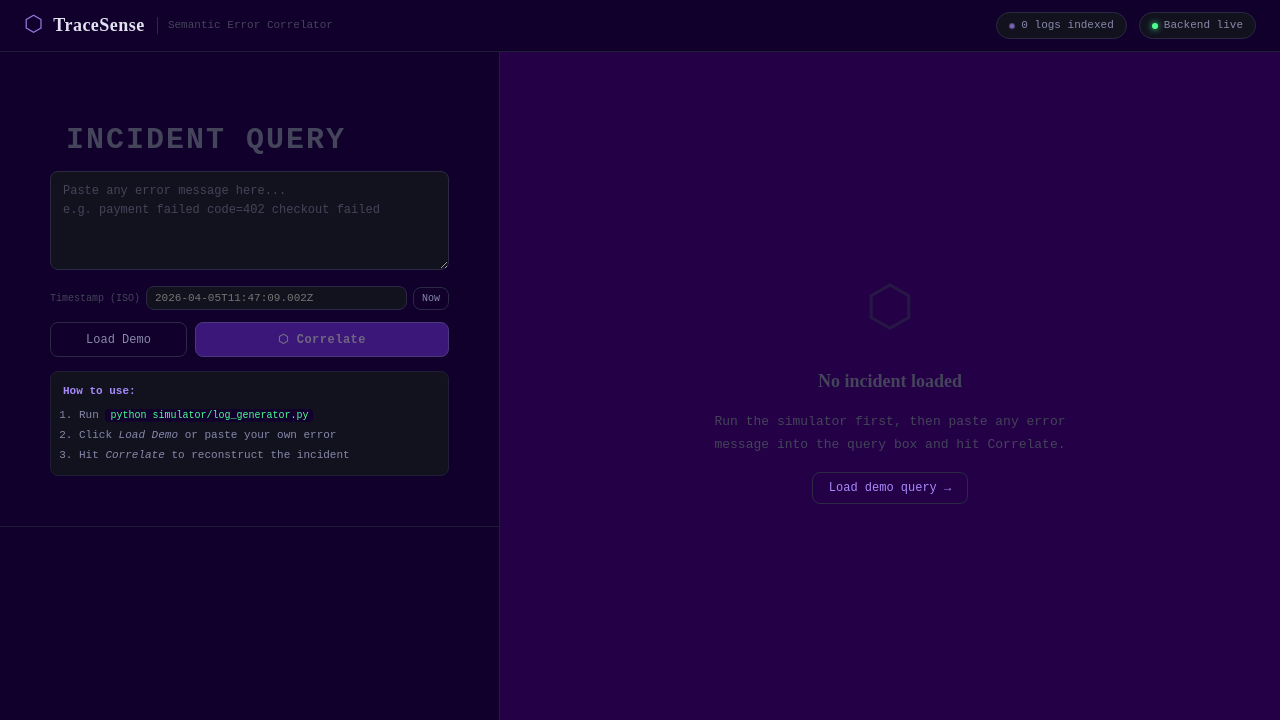
Repository: SaranyaM15/AI_Engineer_Journey
Page: / (app in tracesense/frontend/)
The author's editor kept a copy of each file at every save. The page is drawn from the files as they stood at one save, then again after the next save.
The browser window is 1280 px wide. The pictures show the whole page.
The page's requests for data from a server got no answer. Some web fonts or font styles are not loaded; a fallback is used. The project was rebuilt for these pictures with package versions that can differ from the ones it lists, and the page was loaded fresh each time. No one was signed in, and anything a server would have sent is missing. Also part of the build but not shown: tracesense/frontend/vite.config.js, tracesense/frontend/src/components/Timeline.jsx, tracesense/frontend/src/components/LogFeed.jsx.

Above is the page before, as saved 2026-04-05 18:51:52.

### tracesense/frontend/src/index.css
*, *::before, *::after {
  box-sizing: border-box;
  margin: 0;
  padding: 0;
}

html, body, #root {
  height: 100%;
  overflow: hidden;
}

### tracesense/frontend/src/App.jsx
import { useState, useEffect } from "react";
import axios from "axios";
import Timeline from "./components/Timeline";
import QueryPanel from "./components/QueryPanel";
import LogFeed from "./components/LogFeed";
import "./App.css";

const API = "http://localhost:8000";

export default function App() {
  const [query, setQuery] = useState("");
  const [timestamp, setTimestamp] = useState("");
  const [cluster, setCluster] = useState(null);
  const [loading, setLoading] = useState(false);
  const [logCount, setLogCount] = useState(0);
  const [error, setError] = useState(null);
  const [simulatorRunning, setSimulatorRunning] = useState(false);

  useEffect(() => {
    fetchLogCount();
    const interval = setInterval(fetchLogCount, 5000);
    return () => clearInterval(interval);
  }, []);

  async function fetchLogCount() {
    try {
      const res = await axios.get(`${API}/logs/count`);
      setLogCount(res.data.total_logs_stored);
    } catch {
      // backend not reachable yet
    }
  }

  async function runCorrelation() {
    if (!query.trim()) return;
    setLoading(true);
    setError(null);
    setCluster(null);

    const ts = timestamp || new Date().toISOString();

    try {
      const res = await axios.post(`${API}/correlate`, {
        message: query,
        timestamp: ts,
      });
      setCluster(res.data);
    } catch (e) {
      setError("Could not reach backend. Make sure uvicorn is running on :8000");
    } finally {
      setLoading(false);
    }
  }

  function handleDemo() {
    setQuery("payment failed code=402 checkout failed");
    setTimestamp("2026-04-05T11:47:09.002Z");
  }

  return (
    <div className="app">
      {/* Top Bar */}
      <header className="topbar">
        <div className="topbar-left">
          <span className="logo-icon">⬡</span>
          <span className="logo-text">TraceSense</span>
          <span className="logo-sub">Semantic Error Correlator</span>
        </div>
        <div className="topbar-right">
          <div className="stat-pill">
            <span className="stat-dot pulse" />
            <span>{logCount.toLocaleString()} logs indexed</span>
          </div>
          <div className="status-pill">
            <span className="status-dot" />
            <span>Backend live</span>
          </div>
        </div>
      </header>

      <div className="layout">
        {/* Left Panel */}
        <aside className="left-panel">
          <QueryPanel
            query={query}
            setQuery={setQuery}
            timestamp={timestamp}
            setTimestamp={setTimestamp}
            onCorrelate={runCorrelation}
            onDemo={handleDemo}
            loading={loading}
          />
          {cluster && (
            <LogFeed cluster={cluster} />
          )}
        </aside>

        {/* Main Timeline */}
        <main className="main-panel">
          {!cluster && !loading && (
            <div className="empty-state">
              <div className="empty-icon">⬡</div>
              <h2>No incident loaded</h2>
              <p>
                Run the simulator first, then paste any error message into
                the query box and hit Correlate.
              </p>
              <button className="demo-hint" onClick={handleDemo}>
                Load demo query →
              </button>
            </div>
          )}
          {loading && (
            <div className="empty-state">
              <div className="spinner" />
              <p>Correlating across services...</p>
            </div>
          )}
          {error && (
            <div className="empty-state error-state">
              <p>{error}</p>
            </div>
          )}
          {cluster && !loading && (
            <Timeline cluster={cluster} />
          )}
        </main>
      </div>
    </div>
  );
}

### tracesense/frontend/src/components/QueryPanel.jsx
export default function QueryPanel({
  query, setQuery, timestamp, setTimestamp,
  onCorrelate, onDemo, loading
}) {
  return (
    <div className="query-panel">
      <div className="panel-label">INCIDENT QUERY</div>

      <textarea
        className="query-input"
        placeholder="Paste any error message here...&#10;e.g. payment failed code=402 checkout failed"
        value={query}
        onChange={e => setQuery(e.target.value)}
        rows={4}
      />

      <div className="ts-row">
        <label className="ts-label">Timestamp (ISO)</label>
        <input
          className="ts-input"
          placeholder="2026-04-05T11:47:09.002Z"
          value={timestamp}
          onChange={e => setTimestamp(e.target.value)}
        />
        <button
          className="now-btn"
          onClick={() => setTimestamp(new Date().toISOString())}
        >
          Now
        </button>
      </div>

      <div className="btn-row">
        <button className="demo-btn" onClick={onDemo}>
          Load Demo
        </button>
        <button
          className="correlate-btn"
          onClick={onCorrelate}
          disabled={loading || !query.trim()}
        >
          {loading ? "Correlating..." : "⬡ Correlate"}
        </button>
      </div>

      <div className="hint-box">
        <strong>How to use:</strong>
        <ol>
          <li>Run <code>python simulator/log_generator.py</code></li>
          <li>Click <em>Load Demo</em> or paste your own error</li>
          <li>Hit <em>Correlate</em> to reconstruct the incident</li>
        </ol>
      </div>
    </div>
  );
}

### tracesense/frontend/src/App.css
@import url('https://fonts.googleapis.com/css2?family=Boldonse&family=JetBrains+Mono:wght@400;500;700&display=swap');

/* ── Variables ── */
:root {
  --bg:         #240046;
  --bg2:        #10002B;
  --bg3:        #12121f;
  --border:     #1e1e35;
  --border2:    #2a2a45;
  --accent:     #a78bfa;
  --accent2:    #7c3aed;
  --text:       #e2e2f0;
  --text2:      #8888aa;
  --text3:      #44445a;
  --mono:       '', monospace;
  --display: 'Boldonse', cursive;
  --error:      #ff4d4d;
  --warn:       #f5a623;
  --info:       #4dff91;
  --radius:     8px;
}

/* ── Reset ── */
*, *::before, *::after { box-sizing: border-box; margin: 0; padding: 0; }

body {
  background:  var(--bg);
  color:       var(--text);
  font-family: var(--mono);
  font-size:   13px;
  line-height: 1.5;
  overflow:    hidden;
  height:      100vh;
}

#root { height: 100vh; display: flex; flex-direction: column; }

/* ── App Layout ── */
.app {
  display:        flex;
  flex-direction: column;
  height:         100vh;
  overflow:       hidden;
}

/* ── Topbar ── */
.topbar {
  display:         flex;
  align-items:     center;
  justify-content: space-between;
  padding:         0 24px;
  height:          52px;
  background:      var(--bg2);
  border-bottom:   1px solid var(--border);
  flex-shrink:     0;
}

.topbar-left {
  display:     flex;
  align-items: center;
  gap:         10px;
}

.logo-icon {
  color:       var(--accent);
  font-size:   22px;
  line-height: 1;
  animation:   pulse-icon 3s ease-in-out infinite;
}

@keyframes pulse-icon {
  0%, 100% { opacity: 1; }
  50%       { opacity: 0.5; }
}

.logo-text {
  font-family: var(--display);
  font-weight: 800;
  font-size:   18px;
  letter-spacing: 0.5px;
  color:       var(--text);
}

.logo-sub {
  color:       var(--text3);
  font-size:   11px;
  border-left: 1px solid var(--border2);
  padding-left: 10px;
  margin-left:  2px;
}

.topbar-right {
  display:     flex;
  align-items: center;
  gap:         12px;
}

.stat-pill, .status-pill {
  display:       flex;
  align-items:   center;
  gap:           6px;
  padding:       4px 12px;
  border-radius: 20px;
  border:        1px solid var(--border2);
  background:    var(--bg3);
  font-size:     11px;
  color:         var(--text2);
}

.stat-dot {
  width:         6px;
  height:        6px;
  border-radius: 50%;
  background:    var(--accent);
}

.stat-dot.pulse {
  animation: dot-pulse 2s ease-in-out infinite;
}

@keyframes dot-pulse {
  0%, 100% { opacity: 1; transform: scale(1); }
  50%       { opacity: 0.4; transform: scale(0.8); }
}

.status-dot {
  width:         6px;
  height:        6px;
  border-radius: 50%;
  background:    var(--info);
  box-shadow:    0 0 6px var(--info);
}

/* ── Main Layout ── */
.layout {
  display:  flex;
  flex:     1;
  overflow: hidden;
}

/* ── Left Panel ── */
.left-panel {
  width:        500px;
  flex-shrink:  0;
  background:   var(--bg2);
  border-right: 1px solid var(--border);
  display:      flex;
  flex-direction: column;
  overflow:     hidden;
}

.panel-label {
  font-size:      30px;
  letter-spacing: 2px;
  color:          var(--text3);
  font-weight:    700;
  padding:        16px 16px 8px;
  display:        flex;
  align-items:    center;
  gap:            8px;
}

.count-badge {
  background:    var(--accent2);
  color:         white;
  border-radius: 10px;
  padding:       1px 7px;
  font-size:     10px;
}

/* ── Query Panel ── */
.query-panel {
  padding:     50px;
  border-bottom: 1px solid var(--border);
  flex-shrink: 0;
}

.query-input {
  width:        100%;
  background:   var(--bg3);
  border:       1px solid var(--border2);
  border-radius: var(--radius);
  color:        var(--text);
  font-family:  var(--mono);
  font-size:    12px;
  padding:      10px 12px;
  resize:       vertical;
  outline:      none;
  transition:   border-color 0.2s;
  line-height:  1.6;
}

.query-input:focus {
  border-color: var(--accent);
}

.query-input::placeholder { color: var(--text3); }

.ts-row {
  display:     flex;
  align-items: center;
  gap:         6px;
  margin-top:  10px;
}

.ts-label {
  font-size:   10px;
  color:       var(--text3);
  white-space: nowrap;
}

.ts-input {
  flex:         1;
  background:   var(--bg3);
  border:       1px solid var(--border2);
  border-radius: var(--radius);
  color:        var(--text2);
  font-family:  var(--mono);
  font-size:    11px;
  padding:      5px 8px;
  outline:      none;
  min-width:    0;
}

.ts-input:focus { border-color: var(--accent); }

.now-btn {
  background:    transparent;
  border:        1px solid var(--border2);
  border-radius: var(--radius);
  color:         var(--text2);
  font-family:   var(--mono);
  font-size:     10px;
  padding:       5px 8px;
  cursor:        pointer;
  white-space:   nowrap;
  transition:    all 0.15s;
}

.now-btn:hover {
  border-color: var(--accent);
  color:        var(--accent);
}

.btn-row {
  display:    flex;
  gap:        8px;
  margin-top: 12px;
}

.demo-btn {
  flex:          1;
  background:    transparent;
  border:        1px solid var(--border2);
  border-radius: var(--radius);
  color:         var(--text2);
  font-family:   var(--mono);
  font-size:     12px;
  padding:       9px;
  cursor:        pointer;
  transition:    all 0.15s;
}

.demo-btn:hover {
  border-color: var(--accent);
  color:        var(--accent);
}

.correlate-btn {
  flex:          2;
  background:    var(--accent2);
  border:        1px solid var(--accent);
  border-radius: var(--radius);
  color:         white;
  font-family:   var(--mono);
  font-size:     12px;
  font-weight:   700;
  padding:       9px;
  cursor:        pointer;
  transition:    all 0.15s;
  letter-spacing: 0.5px;
}

.correlate-btn:hover:not(:disabled) {
  background: var(--accent);
  box-shadow: 0 0 20px var(--accent2);
}

.correlate-btn:disabled {
  opacity: 0.4;
  cursor: not-allowed;
}

.hint-box {
  margin-top:    14px;
  background:    var(--bg3);
  border:        1px solid var(--border);
  border-radius: var(--radius);
  padding:       10px 12px;
  font-size:     11px;
  color:         var(--text2);
  line-height:   1.8;
}

.hint-box strong { color: var(--accent); }
.hint-box ol { padding-left: 16px; margin-top: 4px; }
.hint-box code {
  background:    var(--bg2);
  padding:       1px 5px;
  border-radius: 4px;
  color:         var(--info);
  font-size:     10px;
}

/* ── Log Feed ── */
.log-feed {
  flex:      1;
  overflow:  hidden;
  display:   flex;
  flex-direction: column;
}

.log-list {
  flex:       1;
  overflow-y: auto;
  padding:    8px;
  display:    flex;
  flex-direction: column;
  gap:        6px;
}

.log-list::-webkit-scrollbar { width: 4px; }
.log-list::-webkit-scrollbar-track { background: transparent; }
.log-list::-webkit-scrollbar-thumb { background: var(--border2); border-radius: 2px; }

.log-card {
  background:    var(--bg3);
  border:        1px solid var(--border);
  border-radius: var(--radius);
  padding:       10px;
  transition:    border-color 0.15s;
  animation:     slide-in 0.3s ease both;
}

@keyframes slide-in {
  from { opacity: 0; transform: translateX(-10px); }
  to   { opacity: 1; transform: translateX(0); }
}

.log-card:hover { border-color: var(--border2); }

.log-card-top {
  display:     flex;
  align-items: center;
  gap:         6px;
  margin-bottom: 5px;
}

.log-icon   { font-size: 14px; }
.log-level  { font-size: 10px; font-weight: 700; letter-spacing: 1px; }
.log-service { flex: 1; font-size: 11px; color: var(--text2); }
.log-score  { font-size: 11px; color: var(--accent); font-weight: 700; }

.log-message {
  font-size:   11px;
  color:       var(--text);
  line-height: 1.5;
  word-break:  break-word;
  margin-bottom: 6px;
}

.log-meta {
  display:         flex;
  justify-content: space-between;
  align-items:     center;
  font-size:       10px;
  color:           var(--text3);
}

.score-bars {
  display: flex;
  gap:     8px;
}

.score-bars span { color: var(--text3); }

.conf-bar-bg {
  height:        2px;
  background:    var(--border);
  border-radius: 1px;
  margin-top:    6px;
  overflow:      hidden;
}

.conf-bar-fill {
  height:     100%;
  background: linear-gradient(90deg, var(--accent2), var(--accent));
  border-radius: 1px;
  transition: width 0.5s ease;
}

/* ── Main Panel ── */
.main-panel {
  flex:       1;
  overflow-y: auto;
  padding:    24px;
}

.main-panel::-webkit-scrollbar { width: 5px; }
.main-panel::-webkit-scrollbar-track { background: transparent; }
.main-panel::-webkit-scrollbar-thumb { background: var(--border2); border-radius: 3px; }

/* ── Empty State ── */
.empty-state {
  display:         flex;
  flex-direction:  column;
  align-items:     center;
  justify-content: center;
  height:          100%;
  gap:             16px;
  text-align:      center;
  color:           var(--text2);
  animation:       fade-in 0.4s ease;
}

@keyframes fade-in {
  from { opacity: 0; }
  to   { opacity: 1; }
}

.empty-icon {
  font-size:  56px;
  color:      var(--border2);
  animation:  pulse-icon 4s ease-in-out infinite;
}

.empty-state h2 {
  font-family: var(--display);
  font-weight: 600;
  color:       var(--text3);
  font-size:   18px;
}

.empty-state p {
  max-width:  380px;
  color:      var(--text3);
  font-size:  13px;
  line-height: 1.7;
}

.demo-hint {
  background:    transparent;
  border:        1px solid var(--border2);
  border-radius: var(--radius);
  color:         var(--accent);
  font-family:   var(--mono);
  font-size:     12px;
  padding:       8px 16px;
  cursor:        pointer;
  transition:    all 0.15s;
}

.demo-hint:hover {
  border-color: var(--accent);
  box-shadow:   0 0 14px var(--accent2);
}

.error-state { color: var(--error); }

/* ── Spinner ── */
.spinner {
  width:         36px;
  height:        36px;
  border:        3px solid var(--border2);
  border-top:    3px solid var(--accent);
  border-radius: 50%;
  animation:     spin 0.8s linear infinite;
}

@keyframes spin {
  to { transform: rotate(360deg); }
}

/* ── Timeline ── */
.timeline-wrap {
  display:        flex;
  flex-direction: column;
  gap:            20px;
  animation:      fade-in 0.4s ease;
}

.timeline-header {
  border-bottom: 1px solid var(--border);
  padding-bottom: 16px;
}

.tl-title {
  font-family: var(--display);
  font-weight: 700;
  font-size:   20px;
  color:       var(--text);
  display:     flex;
  align-items: center;
  gap:         12px;
  margin-bottom: 6px;
}

.tl-badge {
  font-family:   var(--mono);
  font-size:     11px;
  font-weight:   400;
  background:    var(--accent2);
  color:         white;
  padding:       2px 10px;
  border-radius: 10px;
}

.tl-query {
  font-size:  12px;
  color:      var(--text3);
}

.tl-query em {
  color:      var(--accent);
  font-style: normal;
}

/* ── Swim Lanes ── */
.swim-container {
  display:        flex;
  flex-direction: column;
  gap:            0;
}

.swim-lane {
  display:     flex;
  align-items: stretch;
  min-height:  80px;
  border-bottom: 1px solid var(--border);
}

.swim-lane:last-child { border-bottom: none; }

.lane-label {
  width:          160px;
  flex-shrink:    0;
  display:        flex;
  align-items:    center;
  gap:            8px;
  padding:        16px 12px;
  border-left:    3px solid transparent;
  font-size:      11px;
  color:          var(--text2);
  background:     var(--bg2);
}

.lane-dot {
  width:         8px;
  height:        8px;
  border-radius: 50%;
  flex-shrink:   0;
}

.lane-track {
  flex:       1;
  position:   relative;
  padding:    16px 20px;
  display:    flex;
  flex-direction: column;
  gap:        10px;
}

.lane-line {
  position:     absolute;
  left:         0;
  right:        0;
  top:          50%;
  height:       1px;
  border-top:   1px dashed;
  pointer-events: none;
  z-index:      0;
}

.lane-event {
  display:     flex;
  align-items: flex-start;
  gap:         12px;
  position:    relative;
  z-index:     1;
}

.event-dot {
  width:         14px;
  height:        14px;
  border-radius: 50%;
  border:        2px solid;
  flex-shrink:   0;
  margin-top:    3px;
  cursor:        pointer;
  transition:    transform 0.15s;
}

.event-dot:hover { transform: scale(1.4); }

.event-card {
  background:    var(--bg3);
  border:        1px solid var(--border);
  border-left:   3px solid;
  border-radius: var(--radius);
  padding:       8px 12px;
  flex:          1;
  animation:     slide-in 0.3s ease both;
}

.event-card-top {
  display:     flex;
  align-items: center;
  gap:         8px;
  margin-bottom: 4px;
}

.event-level {
  font-size:      10px;
  font-weight:    700;
  letter-spacing: 1px;
}

.event-time  { font-size: 10px; color: var(--text3); }
.event-score { font-size: 10px; color: var(--accent); margin-left: auto; }

.event-message {
  font-size:  11px;
  color:      var(--text);
  word-break: break-word;
  line-height: 1.5;
}

/* ── Root Cause Banner ── */
.root-cause-banner {
  display:       flex;
  align-items:   center;
  gap:           12px;
  background:    linear-gradient(135deg, #1a0a2e, #0d0d1a);
  border:        1px solid var(--accent2);
  border-radius: var(--radius);
  padding:       12px 18px;
  font-size:     12px;
  box-shadow:    0 0 24px #7c3aed22;
}

.rc-label {
  color:          var(--accent);
  font-weight:    700;
  letter-spacing: 1px;
  font-size:      10px;
  white-space:    nowrap;
}

.rc-service {
  background:    var(--accent2);
  color:         white;
  padding:       2px 10px;
  border-radius: 10px;
  font-size:     11px;
  white-space:   nowrap;
}

.rc-message {
  flex:      1;
  color:     var(--text2);
  font-size: 11px;
  overflow:  hidden;
  text-overflow: ellipsis;
  white-space:   nowrap;
}

.rc-time {
  color:      var(--text3);
  font-size:  11px;
  white-space: nowrap;
}

/* ── Canvas ── */
.connector-canvas {
  z-index: 2;
}

Loaded but not shown: tracesense/frontend/src/main.jsx (common file)

After the next save:
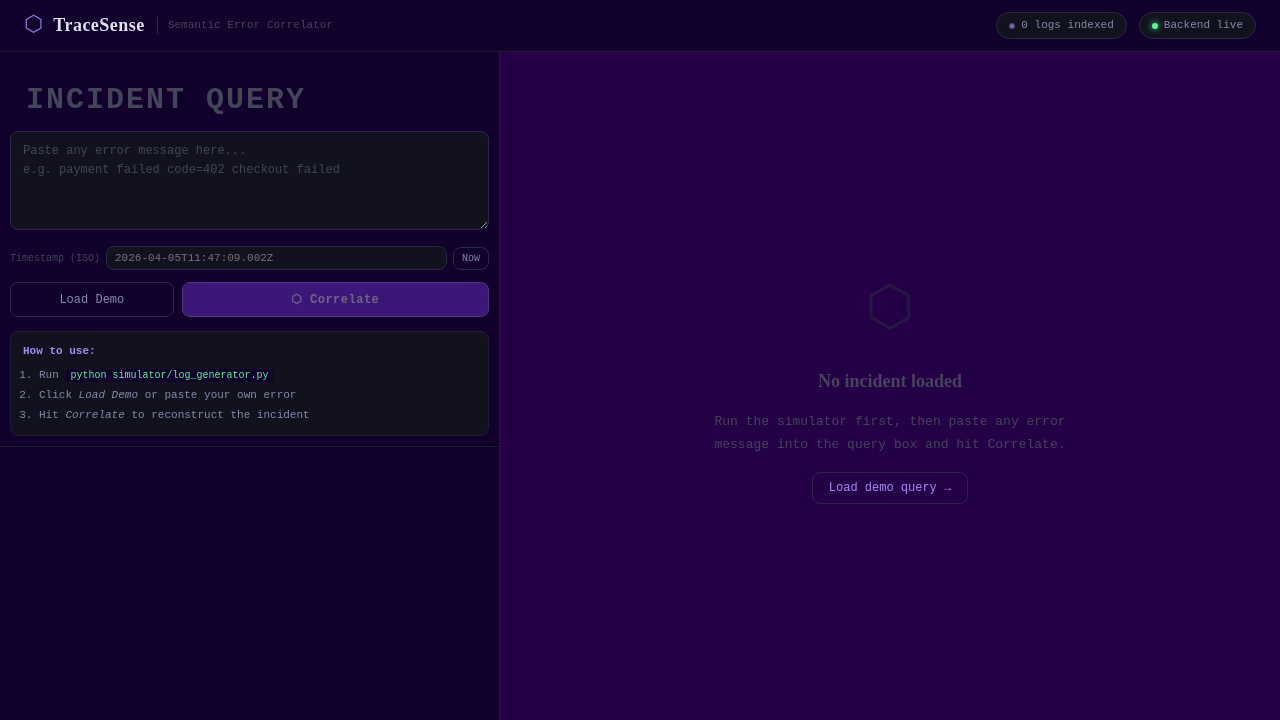
Saved 8 s later.
--- a/tracesense/frontend/src/App.css
+++ b/tracesense/frontend/src/App.css
@@ -170,7 +170,7 @@ body {
 
 /* ── Query Panel ── */
 .query-panel {
-  padding:     50px;
+  padding:     10px;
   border-bottom: 1px solid var(--border);
   flex-shrink: 0;
 }
